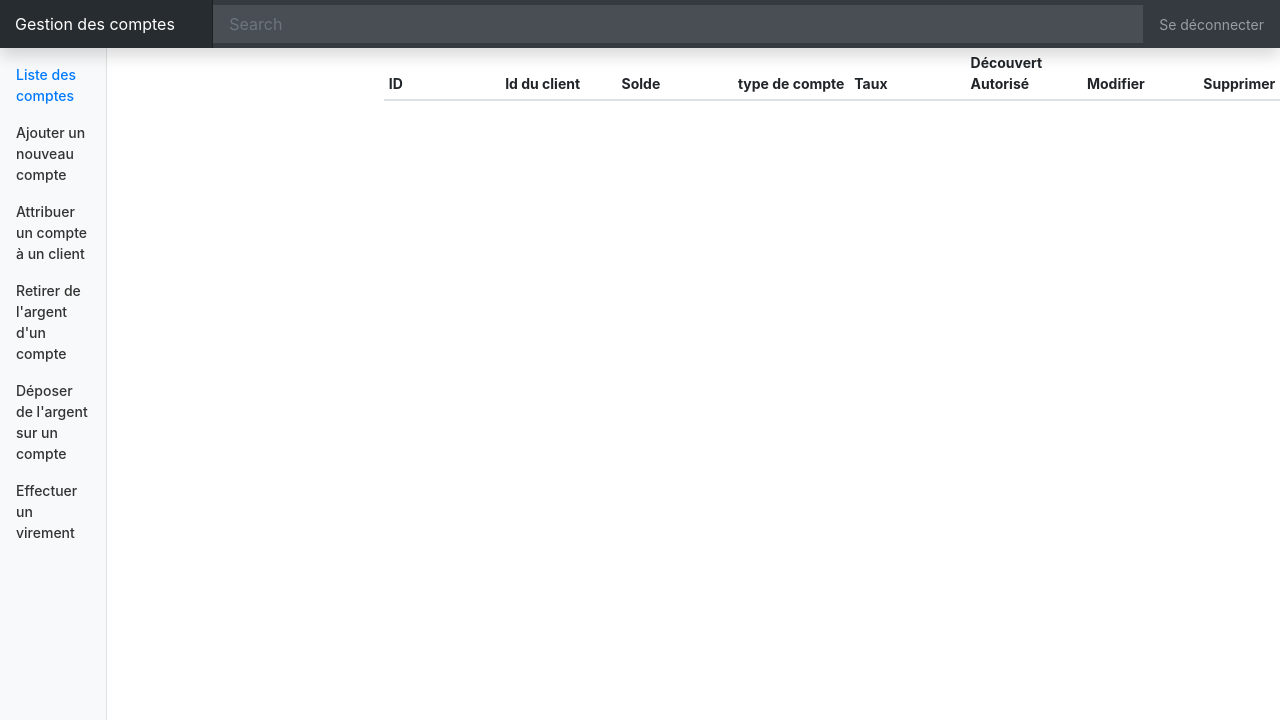
Repository: liiiseee/Projet
Page: http://localhost/02_projet_gestion_clients_compte/menu-comptes.jsp
An editor plug-in stored every save of this project. The page is shown before and after the next save, followed by the edit.
The browser window is 1280 px wide. The pictures show the whole page.
The page is served by Tomcat 9. Other server files are loaded and not shown. The template is opened directly, without the code that normally fills it, so the values that code supplies are empty.

Above is the page before, as saved 2020-03-30 15:33:21.

### 02_projet_gestion_clients_compte/WebContent/menu-comptes.jsp
<%@ page language="java" contentType="text/html; charset=ISO-8859-1"
    pageEncoding="ISO-8859-1"%>

<%@ taglib uri="http://java.sun.com/jsp/jstl/core" prefix="c"%>
<!DOCTYPE html>
<html>
<head>
<meta charset="ISO-8859-1">
<title>liste comptes</title>
<link href="assets/styles/bootstrap.min.css" rel="stylesheet" >

 <style>
      .bd-placeholder-img {
        font-size: 1.125rem;
        text-anchor: middle;
        -webkit-user-select: none;
        -moz-user-select: none;
        -ms-user-select: none;
        user-select: none;
      }

      @media (min-width: 768px) {
        .bd-placeholder-img-lg {
          font-size: 3.5rem;
        }
      }
    </style>
    <!-- Custom styles for this template -->
    <link href="assets/styles/dashboard.css" rel="stylesheet">
</head>
<body>

    <nav class="navbar navbar-dark fixed-top bg-dark flex-md-nowrap p-0 shadow">
  <a class="navbar-brand col-sm-3 col-md-2 mr-0" href="#">Gestion des comptes</a>
  <input class="form-control form-control-dark w-100" type="text" placeholder="Search" aria-label="Search">
  <ul class="navbar-nav px-3">
    <li class="nav-item text-nowrap">
      <a class="nav-link" href="authentification-servlet?destroy=true">Se déconnecter</a>
    </li>
  </ul>
</nav>

<div class="container-fluid" >
  <div class="row">
    <nav class="col-md-1 d-none d-md-block bg-light sidebar" >
      <div class="sidebar-sticky">
        <ul class="nav flex-column">
          <li class="nav-item">
            <a class="nav-link active" href="#">
              <span data-feather="home"></span>
              Liste des comptes <span class="sr-only">(current)</span>
            </a>
          </li>
          <li class="nav-item">
            <a class="nav-link" href="ajout-compte.jsp">
              <span data-feather="file"></span>
              Ajouter un nouveau compte
            </a>
          </li>
          <li class="nav-item">
            <a class="nav-link" href="attribuer-compte.jsp">
              <span data-feather="file"></span>
              Attribuer un compte à un client
            </a>
          </li>
         <li class="nav-item">
          <input type="hidden" name="action" value="liste"/>
            <a class="nav-link" href="menu-retrait.jsp">
              <span data-feather="shopping-cart"></span>
              Retirer de l'argent d'un compte
            </a>
          </li>

          <li class="nav-item">
          <input type="hidden" name="action" value="dep"/>
            <a class="nav-link" href="menu-depot.jsp">
              <span data-feather="users"></span>
             Déposer de l'argent sur un compte
            </a>
          </li>
          <li class="nav-item">
            <a class="nav-link" href="#">
              <span data-feather="bar-chart-2"></span>
              Effectuer un virement
            </a>
          </li>
          </ul>



      </div>
    </nav>
    </div>
    </div>





   <h2>Liste des comptes</h2>

     <div class="table-responsive">
       <table  class="table table-striped table-sm" style="margin-left: 30%">




          <thead >
            <tr>
              	<th class="col-md-1">ID</th>
              	<th class="col-md-1">Id du client</th>
	 			<th class="col-md-1" >Solde</th>
	 			<th class="col-md-1" >type de compte</th>
	 			<th class="col-md-1" >Taux</th>
	 			<th class="col-md-1" >Découvert Autorisé</th>
	 			<th class="col-md-1" >Modifier</th>
	 			<th class="col-md-1">Supprimer</th>
	 			<th class="col-md-1">Depot</th>
	 			<th class="col-md-1">Retrait</th>
	 			<th class="col-md-1">Virement</th>

            </tr>
          </thead>
          <tbody>
            <c:forEach items="${liste_comptes}" var="compte">
	 			<tr>

	 				<td>${compte.idCompte }</td>
	 				<td> ${compte.clientID } </td>
	 				<td> ${compte.solde } </td>
	 				<td> ${compte.typeCompte } </td>
	 				<td> ${compte.taux } </td>
	 				<td> ${compte.decouvert } </td>
	 				<td>
	 					<a href="gestion-compte-servlet?action=modif&id-compte=${compte.idCompte}">modifier</a>
	 				</td>


	 				<td>
	 					<a href="gestion-compte-servlet?action=supp&id-compte=${compte.idCompte}">supprimer</a>
	 				</td>

	 				<td>
	 					<a href="gestion-compte-servlet?action=depot&id-compte=${compte.idCompte}">depot</a>
	 				</td>

	 				<td>
	 					<a href="gestion-compte-servlet?action=retrait&id-compte=${compte.idCompte}">retrait</a>
	 				</td>
	 				<td>
	 					<a href="gestion-compte-servlet?action=virement&id-compte=${compte.idCompte}">virement</a>
	 				</td>




	 				</tr>

            </c:forEach>


          </tbody>

        </table>

            </div>




</body>
</html>

### 02_projet_gestion_clients_compte/WebContent/assets/styles/dashboard.css
@charset "ISO-8859-1";

body {
  font-size: .875rem;
}

.feather {
  width: 16px;
  height: 16px;
  vertical-align: text-bottom;
}

/*
 * Sidebar
 */

.sidebar {
  position: fixed;
  top: 0;
  bottom: 0;
  left: 0;
  z-index: 100; /* Behind the navbar */
  padding: 48px 0 0; /* Height of navbar */
  box-shadow: inset -1px 0 0 rgba(0, 0, 0, .1);
}

.sidebar-sticky {
  position: relative;
  top: 0;
  height: calc(100vh - 48px);
  padding-top: .5rem;
  overflow-x: hidden;
  overflow-y: auto; /* Scrollable contents if viewport is shorter than content. */
}

@supports ((position: -webkit-sticky) or (position: sticky)) {
  .sidebar-sticky {
    position: -webkit-sticky;
    position: sticky;
  }
}

.sidebar .nav-link {
  font-weight: 500;
  color: #333;
}

.sidebar .nav-link .feather {
  margin-right: 4px;
  color: #999;
}

.sidebar .nav-link.active {
  color: #007bff;
}

.sidebar .nav-link:hover .feather,
.sidebar .nav-link.active .feather {
  color: inherit;
}

.sidebar-heading {
  font-size: .75rem;
  text-transform: uppercase;
}

/*
 * Content
 */

[role="main"] {
  padding-top: 133px; /* Space for fixed navbar */
}

@media (min-width: 768px) {
  [role="main"] {
    padding-top: 48px; /* Space for fixed navbar */
  }
}

/*
 * Navbar
 */

.navbar-brand {
  padding-top: .75rem;
  padding-bottom: .75rem;
  font-size: 1rem;
  background-color: rgba(0, 0, 0, .25);
  box-shadow: inset -1px 0 0 rgba(0, 0, 0, .25);
}

.navbar .form-control {
  padding: .75rem 1rem;
  border-width: 0;
  border-radius: 0;
}

.form-control-dark {
  color: #fff;
  background-color: rgba(255, 255, 255, .1);
  border-color: rgba(255, 255, 255, .1);
}

.form-control-dark:focus {
  border-color: transparent;
  box-shadow: 0 0 0 3px rgba(255, 255, 255, .25);
}

Loaded but not shown: 02_projet_gestion_clients_compte/WebContent/assets/styles/bootstrap.min.css (library)

After the next save:
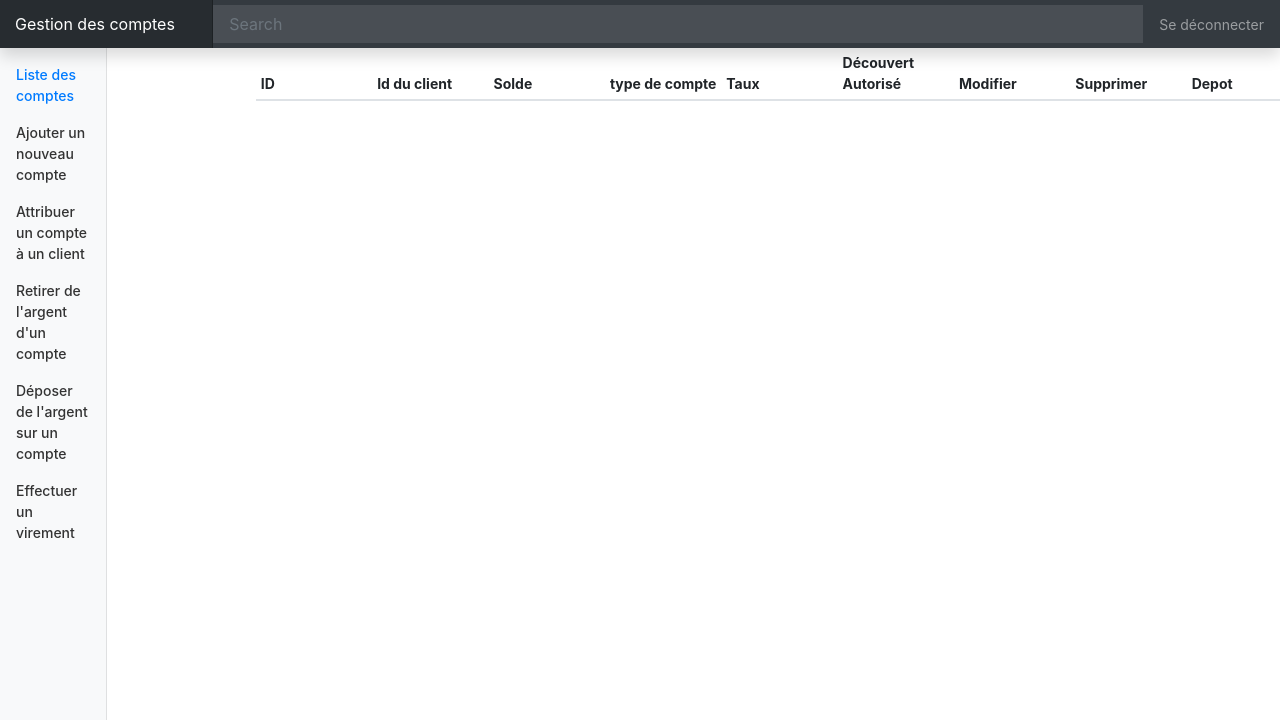
Saved 66 s later.
--- a/02_projet_gestion_clients_compte/WebContent/menu-comptes.jsp
+++ b/02_projet_gestion_clients_compte/WebContent/menu-comptes.jsp
@@ -100,7 +100,7 @@
    <h2>Liste des comptes</h2>
 
      <div class="table-responsive">
-       <table  class="table table-striped table-sm" style="margin-left: 30%">
+       <table  class="table table-striped table-sm" style="margin-left: 20%">
 
 
 
